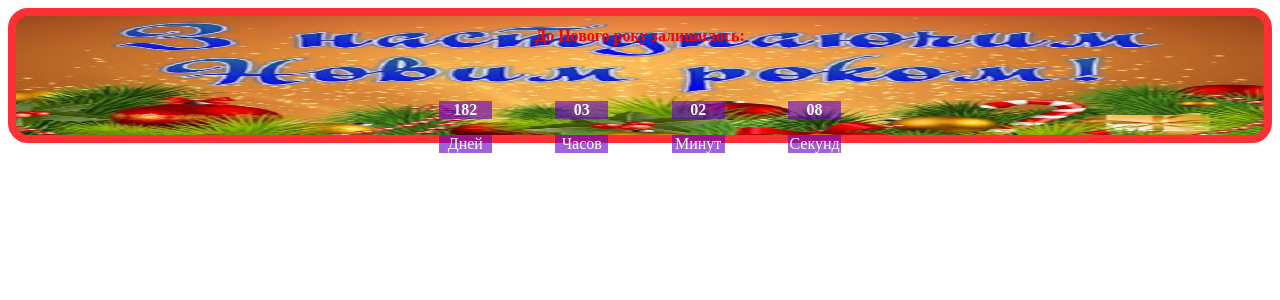
Repository: KonstantinKhamilov/JavaScript11-new-year
Page: index.html
The author's editor kept a copy of each file at every save. The page is drawn from the files as they stood at one save, then again after the next save.
The browser window is 1280 px wide. The pictures show the whole page.

Above is the page before, as saved 2024-12-29 18:10:53.

### index.html
<!DOCTYPE html>
<html lang="en">
    <head>
        <title>JavaScript11</title>

        <meta charset="utf-8">
        <meta http-equiv="X-UA-Compatible" content="IE=edge">
        <meta name="description" lang="ru" content="Стили css">
        <meta name="author" content="Константин">
        <meta name="keywords" content="Программирование, уроки JavaScript">
        <meta name="robots" content="all">
        <meta name="viewport" content="width=device-width, initial-scale=1.0">
        <link rel="stylesheet" href="newYear.css" type="text/css">
</head>

<body>
   <!--
     <h1><u>Задание 1</u></h1>
    <p>Необходимо реализовать функцию, описывающую окружность.В функции должны быть следующие компоненты:</p>
<ul type="disk">
    <li>поле, хранящее радиус окружности;</li>
    <li>get-свойство, возвращающее радиус окружности;</li>
    <li>set-свойство, устанавливающее радиус окружности;</li>
    <li>get-свойство, возвращающее диаметр окружности;</li>
    <li>метод, вычисляющий площадь окружности;</li>
    <li>метод, вычисляющий длину окружности.</li>
</ul>
       <p>Продемонстрируйте работу свойств и методов.</p>
       <p>Введите радиус окружности: </p>
       <input type="text" id="rad">
        <button onclick="showResults()">Показать результаты</button>
        <p id="output"></p>

          <h1><u>Задание 2</u></h1>
          <p>Реализуйте функцию, которая описывает css класс.функция CssClass должна содержать внутри себя:</p>
          <ul type="square">
<li>название css класса;</li>
<li>массив стилей;</li>
<li>метод для установки стиля;</li>
<li>метод для удаления стиля;</li>
<li>метод getCss(), который возвращает css код в виде строки.</li>
          </ul>

          <p>Введите название класса:</p>
    <input type="text" id="class" />
    <button onclick="showCSS()">Показать результат генерации</button>
    <p id="output1"></p>

    <p>Добавить стиль:</p>
    <input type="text" id="add-style" />
    <button onclick="addStyle()">Добавить</button>

    <p>Удалить стиль:</p>
    <input type="text" id="remove-style" />
    <button onclick="removeStyle()">Удалить</button>

  <h1><u>Задание 3</u></h1>
  <p>
    Рассчитайте, сколько дней, часов, минут и секунд осталось до Нового года. Выведите эти значения красиво,
    методом document.write() или другим с тегами -p- и
    -span- и классами для них. Стили можно записать в отдельном css-файле. Если одно из чисел будет меньше 10,
    то его нужно вывести с ведущим 0, например, так:
    Сделайте свой скрипт универсальным, задав дату следующего Нового года относительно текущей даты с помощью методов объекта Date.
  </p>
  <p>Пример вывода результата задания:</p>
<img src="D:\Full Stack\Модуль\JavaScript\JavaScript11\Безымянный1.png" alt="time">
-->
<div class="box">
  <h1>До Нового року залишилось:</h1>
  <div class="count">
    <div class="timer"><h2 id="day">00</h2><p>Дней</p></div>
    <div class="timer"><h2 id="hrs">00</h2><p>Часов</p></div>
    <div class="timer"><h2 id="min">00</h2><p>Минут</p></div>
    <div class="timer"><h2 id="sec">00</h2><p>Секунд</p></div>
  </div>
</div>

    <script>
/*
        //1
function Circle(radius) {
  // Сохранение значения радиуса в свойстве объекта
  this.radius = radius;
  // Определение get-свойства для получения значения радиуса
  Object.defineProperty(this, 'radius', {
    get: function() {
      // Возвращение значения радиуса
      return radius;
    },
    // Определение set-свойства для установки значения радиуса
    set: function(value) {
      // Проверка на корректность значения радиуса
      if (value <= 0) throw new Error('Invalid radius');
      // Установка нового значения радиуса
      radius = value;
    }
  });

  // Определение get-свойства для получения значения диаметра окружности
  Object.defineProperty(this, 'diameter', {
    get: function() {
      // Возвращение значения диаметра, равного удвоенному радиусу
      return 2 * radius;
    }
  });

  // Определение метода для вычисления площади окружности
  this.area = function() {
    // Возвращение площади окружности, вычисленной как произведение числа Пи на квадрат радиуса
    return Math.PI * Math.pow(radius, 2);
  }

  // Определение метода для вычисления длины окружности
  this.circumference = function() {
    // Возвращение длины окружности, вычисленной как произведение числа Пи на удвоенный радиус
    return 2 * Math.PI * radius;
  }
}

function showResults() {
    let input = document.getElementById("rad").value;
    let circle = new Circle(input);
    let output = 'Радиус: ' + circle.radius + '<br>';
    output += 'Диаметр: ' + circle.diameter + '<br>';
    output += 'Площадь: ' + circle.area() + '<br>';
    output += 'Длинна окружности: ' + circle.circumference();
    document.getElementById("output").innerHTML = output;
  }

  //2

      // Определение функции CssClass, которая принимает название CSS класса в качестве аргумента
      function CssClass(className) {
        // Сохранение значения названия CSS класса в свойстве объекта
        this.className = className;
        // Создание пустого массива для хранения стилей CSS класса
        this.styles = [];

        // Определение метода setStyle для добавления нового стиля в массив стилей
        this.setStyle = function(style) {
          // Добавление нового стиля в конец массива стилей
          this.styles.push(style);
        }

        // Определение метода removeStyle для удаления существующего стиля из массива стилей
        this.removeStyle = function(style) {
          // Поиск индекса указанного стиля в массиве стилей
          let index = this.styles.indexOf(style);
          // Если стиль найден в массиве
          if (index !== -1) {
            // Удаление стиля из массива по найденному индексу
            this.styles.splice(index, 1);
          }
        }

        // Определение метода getCss для генерации CSS кода класса в виде строки
        this.getCss = function() {
          // Создание строки с селектором CSS класса и открывающей скобкой
          let cssString = '.' + this.className + ' {\n';
          // Цикл по всем стилям в массиве стилей
          for (let i = 0; i < this.styles.length; i++) {
            // Добавление очередного стиля в строку с отступом и точкой с запятой
            cssString += '  ' + this.styles[i] + ';\n';
          }
          // Добавление закрывающей скобки в конец строки
          cssString += '}';
          // Возвращение сгенерированной строки с CSS кодом класса
          return cssString;
        }
      }
      let myClass;

      function showCSS() {
        // Получение значения из элемента input с id 'class'
        let className = document.getElementById('class').value;
        // Создание нового объекта CssClass с названием класса из элемента input
        myClass = new CssClass(className);
        // Добавление стиля 'color: red' в массив стилей класса
        myClass.setStyle('color: red');
        // Добавление стиля 'font-size: 16px' в массив стилей класса
        myClass.setStyle('font-size: 16px');
        // Вывод сгенерированного CSS кода класса в элемент p с id 'output'
        document.getElementById('output1').innerHTML = myClass.getCss();
      }

      function addStyle() {
        if (!myClass) {
          alert('Сначала нажмите кнопку "Показать результат генерации"');
          return;
        }
        // Получение значения из элемента input с id 'add-style'
        let style = document.getElementById('add-style').value;
        // Добавление стиля в массив стилей класса
        myClass.setStyle(style);
        // Вывод обновленного CSS кода класса в элемент p с id 'output'
        document.getElementById('output1').innerHTML = myClass.getCss();
      }

      function removeStyle() {
        if (!myClass) {
          alert('Сначала нажмите кнопку "Показать результат генерации"');
          return;
        }
        // Получение значения из элемента input с id 'remove-style'
        let style = document.getElementById('remove-style').value;
        // Удаление стиля из массива стилей класса
        myClass.removeStyle(style);
        // Вывод обновленного CSS кода класса в элемент p с id 'output'
        document.getElementById('output1').innerHTML = myClass.getCss();
      }
      */

//3
const day = document.getElementById('day');
const hrs = document.getElementById('hrs');
const min = document.getElementById('min');
const sec = document.getElementById('sec');
const currentYear = new Date().getFullYear();

const newYear = new Date (`1 Jan ${currentYear + 1} 00:00:00`);

function countdownDate(){
const today = Date.now()
const gap = newYear - today;
let d = Math.floor(gap/1000/60/60/24);
let h = Math.floor((gap/1000/60/60)%24);
let m = Math.floor((gap/1000/60)%60);
let s = Math.floor((gap/1000)%60);

day.innerHTML = d<10 ? '0' + d : d;
hrs.innerHTML = h<10 ? '0' + h : h;
min.innerHTML = m<10 ? '0' + m : m;
sec.innerHTML = s<10 ? '0' + s : s;
}
setInterval(countdownDate,1000);
    </script>
</body>
</html>

### newYear.css
@media screen and (min-width: 320px) {
  .box {
    display: flex;
    flex-direction: column;
    /*justify-content: center;*/
    align-items: center;
    height: 100%;
    background-image: url("z_nastupauschim_ng_4.jpg");
    background-repeat: no-repeat;
    background-size: 100% 100%;
    border: solid 8px;
    border-radius: 20px;
    border-color: rgb(255, 48, 52);
  }

  .box > h1 {
    color: rgb(255, 0, 0);
    font-family: cursive;
    font-size: 1em;
  }

  .count {
    display: flex;
    flex-direction: row;
    justify-content: center;
    width: 85%;
  }

  .timer {
    text-align: center;
    width: 3.3em;
    height: 1em;
    margin: 3%;
  }

  h2 {
    color: white;
    font-size: 1em;
  }

  .timer > p,
  .timer > #day,
  .timer > #hrs,
  .timer > #min,
  .timer > #sec {
    color: white;
    background-color: rgb(102, 2, 196, 0.62);
    font-size: 1em;
  }
}

After the next save:
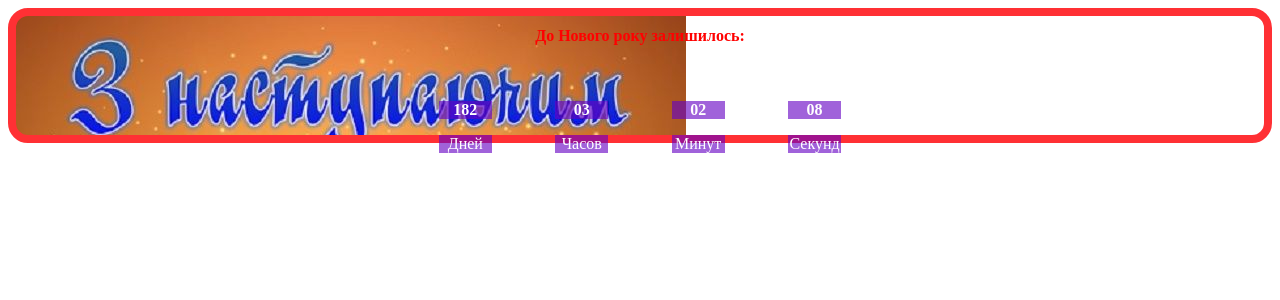
Saved 17 s later.
--- a/newYear.css
+++ b/newYear.css
@@ -7,7 +7,7 @@
     height: 100%;
     background-image: url("z_nastupauschim_ng_4.jpg");
     background-repeat: no-repeat;
-    background-size: 100% 100%;
+    /* background-size: 100% 100%;*/
     border: solid 8px;
     border-radius: 20px;
     border-color: rgb(255, 48, 52);

After the save that followed:
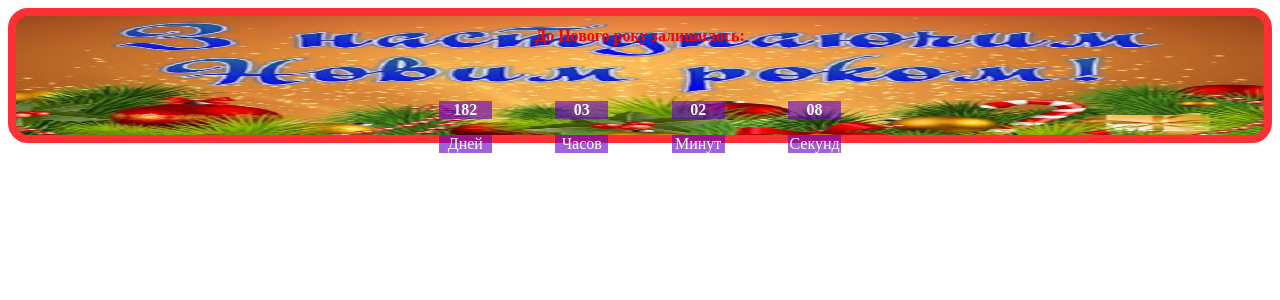
Saved 12 s later.
--- a/newYear.css
+++ b/newYear.css
@@ -7,7 +7,7 @@
     height: 100%;
     background-image: url("z_nastupauschim_ng_4.jpg");
     background-repeat: no-repeat;
-    /* background-size: 100% 100%;*/
+    background-size: 100% 100%;
     border: solid 8px;
     border-radius: 20px;
     border-color: rgb(255, 48, 52);
